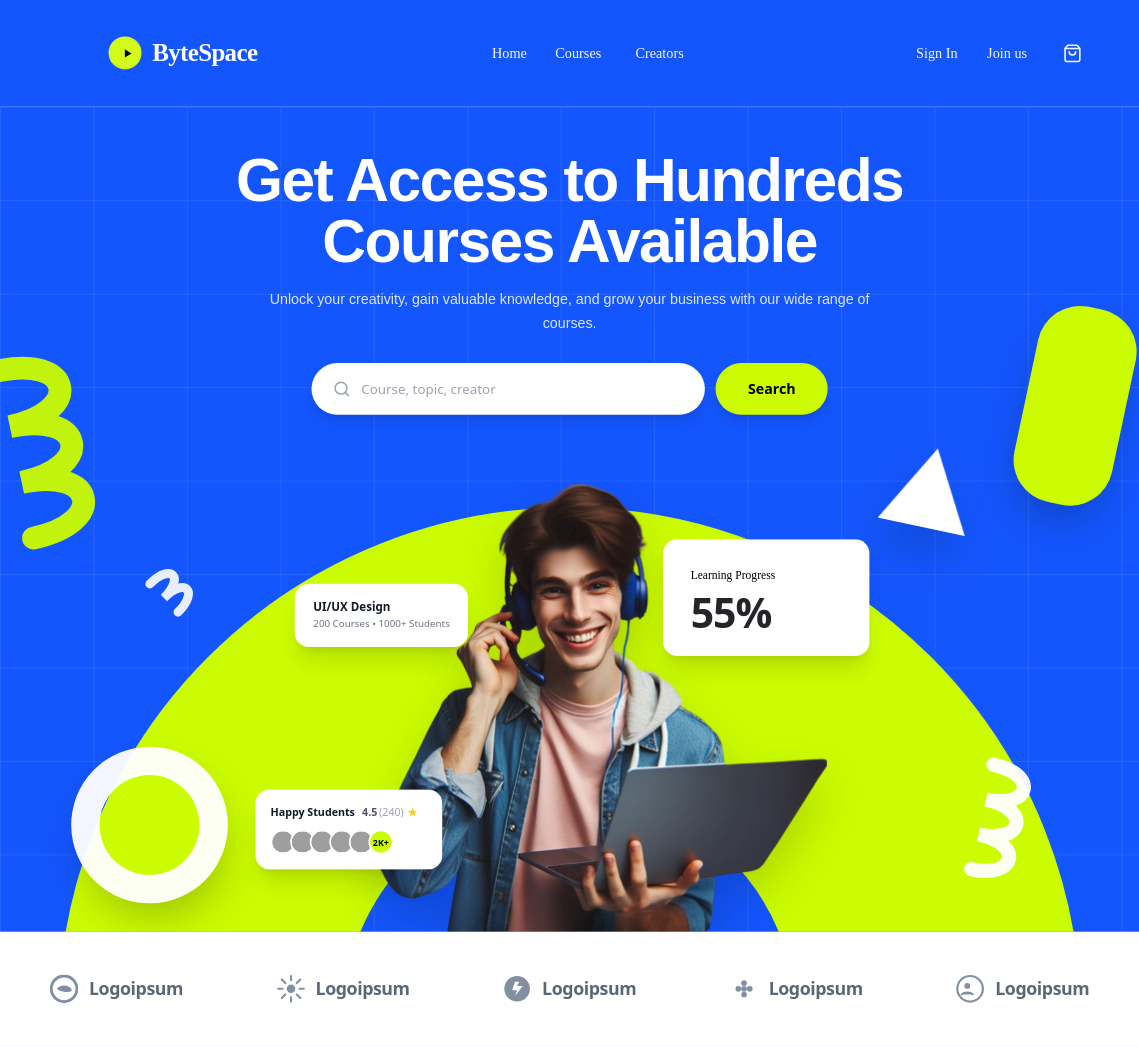
Repository: mdkawsarjomadder/bytespace
Page: /
The author's editor kept a copy of each file at every save. The page is drawn from the files as they stood at one save, then again after the next save.
The browser window is 1280 px wide. The pictures show the whole page, at 89% of full size.
Pictures or frames that could not be fetched are drawn as grey boxes. Some web fonts or font styles are not loaded; a fallback is used. The project was rebuilt for these pictures with package versions that can differ from the ones it lists, and the page was loaded fresh each time. Also part of the build but not shown: vite.config.js.

Above is the page before, as saved 2026-09-29 19:10:13.

After the next save:
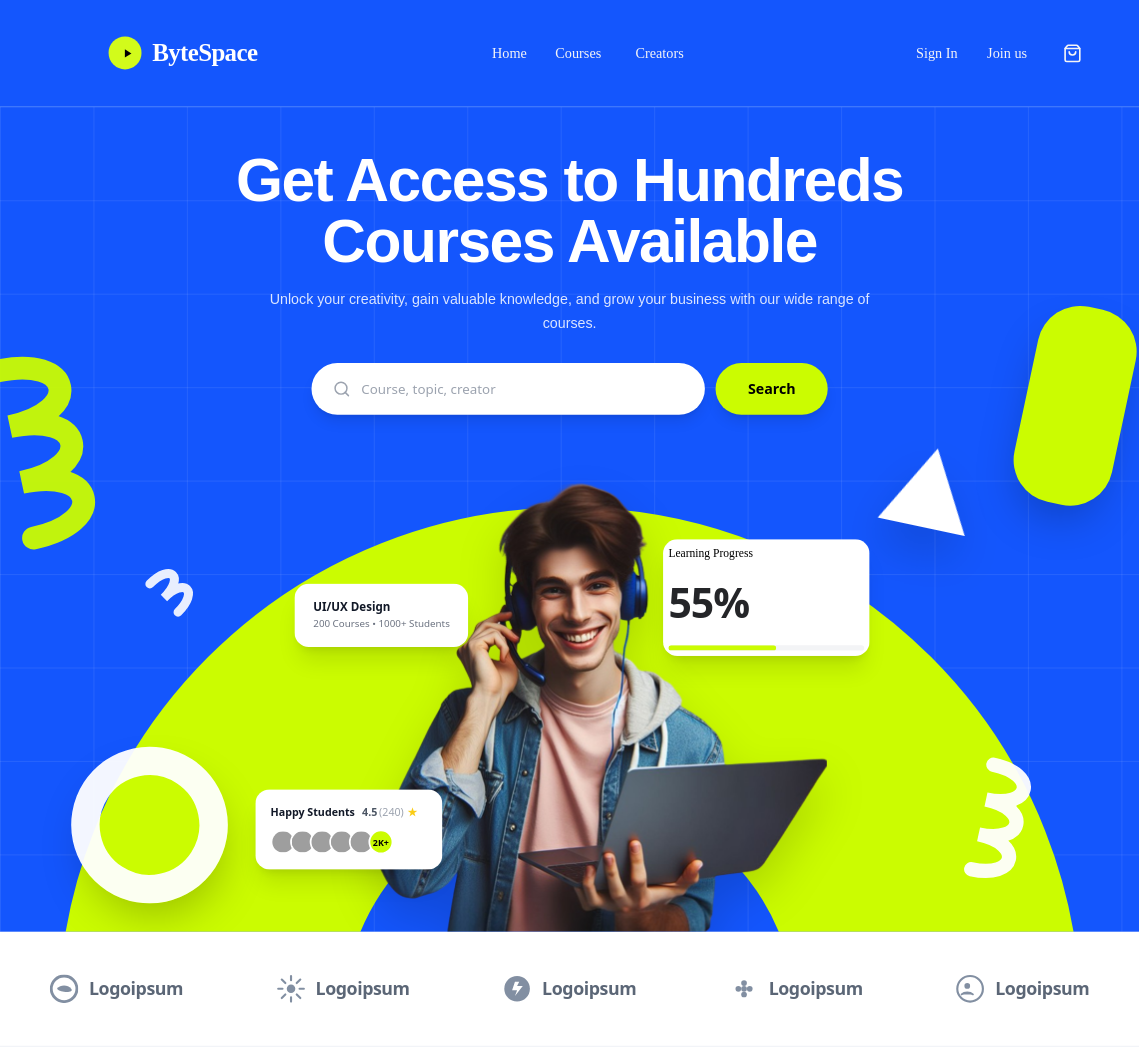
Saved 6 s later.
--- a/src/components/Hero.jsx
+++ b/src/components/Hero.jsx
@@ -160,7 +160,7 @@ const Hero = () => {
             style={{
               width: '232px',
               height: '131px',
-              padding: '30px',
+              padding: '5px',
               button: '100px',
               gap: '8px',
             }}
